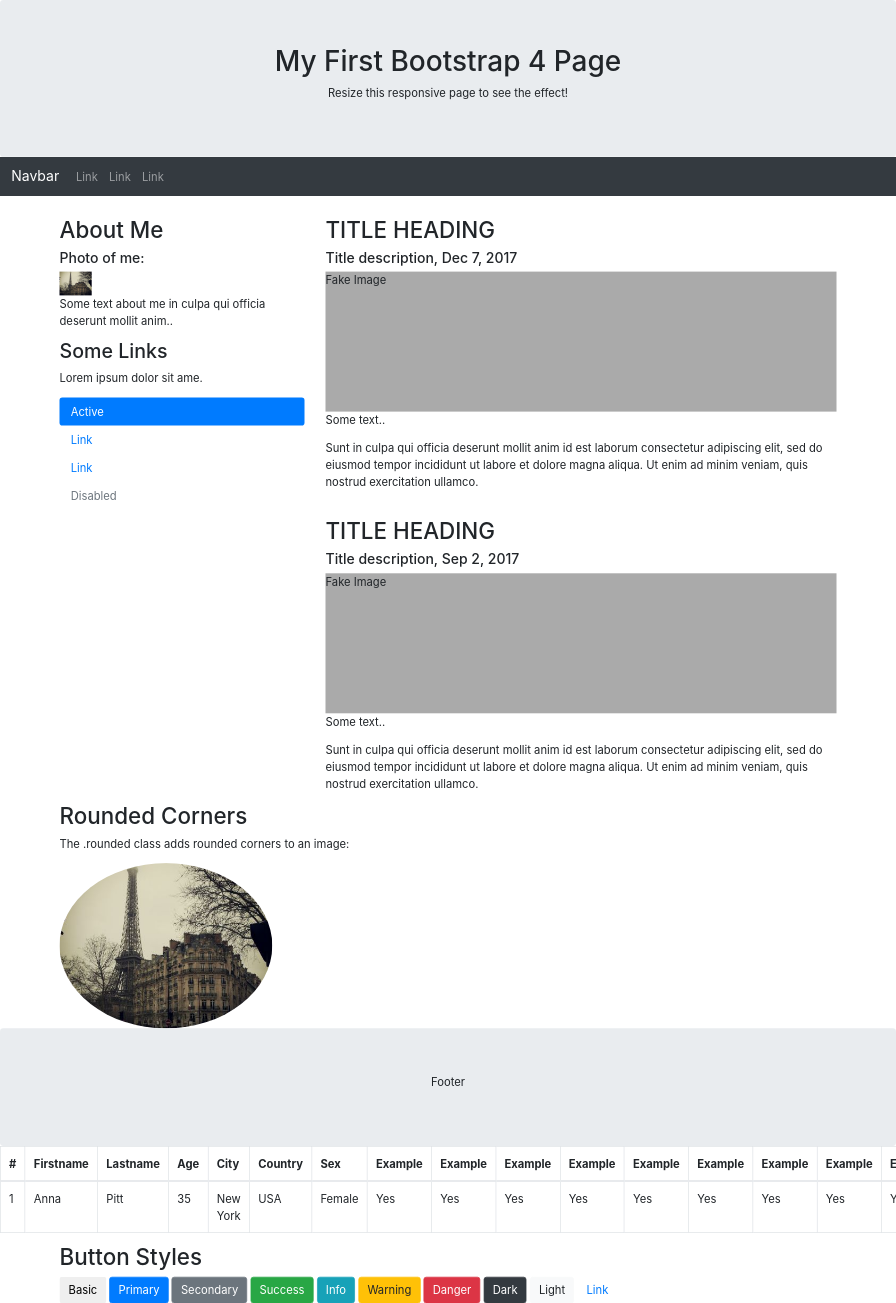
Repository: Anusha-Shilamkoti/Anusha
Page: MyFirstWebProject/WebContent/index.html
The author's editor kept a copy of each file at every save. The page is drawn from the files as they stood at one save, then again after the next save.
The browser window is 1280 px wide. The pictures show the whole page, at 70% of full size.

Above is the page before, as saved 2020-01-18 12:02:20.

### MyFirstWebProject/WebContent/index.html
<!DOCTYPE html>
<html lang="en">
<head>
  <title>Bootstrap 4 Website Example</title>
  <meta charset="utf-8">
  <head>
  <meta name="viewport" content="width=device-width, initial-scale=1">
  <link rel="stylesheet" href="Bootstrap/css/bootstrap.min.css">
  <script src="https://ajax.googleapis.com/ajax/libs/jquery/3.3.1/jquery.min.js"></script>
  <script src="Bootstrap/js/bootstrap.min.js"></script>
<style>
  .fakeimg {
    height: 200px;
    background: #aaa;
  }
  </style>
</head>
<body>

<div class="jumbotron text-center" style="margin-bottom:0">
  <h1>My First Bootstrap 4 Page</h1>
  <p>Resize this responsive page to see the effect!</p>
</div>

<nav class="navbar navbar-expand-sm bg-dark navbar-dark">
  <a class="navbar-brand" href="#">Navbar</a>
  <button class="navbar-toggler" type="button" data-toggle="collapse" data-target="#collapsibleNavbar">
    <span class="navbar-toggler-icon"></span>
  </button>
  <div class="collapse navbar-collapse" id="collapsibleNavbar">
    <ul class="navbar-nav">
      <li class="nav-item">
        <a class="nav-link" href="#">Link</a>
      </li>
      <li class="nav-item">
        <a class="nav-link" href="#">Link</a>
      </li>
      <li class="nav-item">
        <a class="nav-link" href="#">Link</a>
      </li>
    </ul>
  </div>
</nav>

<div class="container" style="margin-top:30px">
  <div class="row">
    <div class="col-md-4">
      <h2>About Me</h2>
      <h5>Photo of me:</h5>
      <div>
      <img alt="Anusha" src="image\paris.jpg"  width="46" height="34">
      </div>
      <p>Some text about me in culpa qui officia deserunt mollit anim..</p>
      <h3>Some Links</h3>
      <p>Lorem ipsum dolor sit ame.</p>
      <ul class="nav nav-pills flex-column">
        <li class="nav-item">
          <a class="nav-link active" href="#">Active</a>
        </li>
        <li class="nav-item">
          <a class="nav-link" href="#">Link</a>
        </li>
        <li class="nav-item">
          <a class="nav-link" href="#">Link</a>
        </li>
        <li class="nav-item">
          <a class="nav-link disabled" href="#">Disabled</a>
        </li>
      </ul>
      <hr class="d-sm-none">
    </div>
    <div class="col-sm-8">
      <h2>TITLE HEADING</h2>
      <h5>Title description, Dec 7, 2017</h5>
      <div class="fakeimg">Fake Image</div>
      <p>Some text..</p>
      <p>Sunt in culpa qui officia deserunt mollit anim id est laborum consectetur adipiscing elit, sed do eiusmod tempor incididunt ut labore et dolore magna aliqua. Ut enim ad minim veniam, quis nostrud exercitation ullamco.</p>
      <br>
      <h2>TITLE HEADING</h2>
      <h5>Title description, Sep 2, 2017</h5>
      <div class="fakeimg">Fake Image</div>
      <p>Some text..</p>
      <p>Sunt in culpa qui officia deserunt mollit anim id est laborum consectetur adipiscing elit, sed do eiusmod tempor incididunt ut labore et dolore magna aliqua. Ut enim ad minim veniam, quis nostrud exercitation ullamco.</p>
    </div>
  </div>
</div>
<div class="container">
  <h2>Rounded Corners</h2>
  <p>The .rounded class adds rounded corners to an image:</p>
  <img src="image/paris.jpg" class="rounded-circle" alt="Cinque Terre" width="304" height="236">
</div>

<div class="jumbotron text-center" style="margin-bottom:0">
  <p>Footer</p>
</div>
 <div class="table-responsive">
    <table class="table table-bordered">
      <thead>
        <tr>
          <th>#</th>
          <th>Firstname</th>
          <th>Lastname</th>
          <th>Age</th>
          <th>City</th>
          <th>Country</th>
          <th>Sex</th>
          <th>Example</th>
          <th>Example</th>
          <th>Example</th>
          <th>Example</th>
          <th>Example</th>
          <th>Example</th>
          <th>Example</th>
          <th>Example</th>
          <th>Example</th>
          <th>Example</th>
          <th>Example</th>
          <th>Example</th>
        </tr>
      </thead>
      <tbody>
        <tr>
          <td>1</td>
          <td>Anna</td>
          <td>Pitt</td>
          <td>35</td>
          <td>New York</td>
          <td>USA</td>
          <td>Female</td>
          <td>Yes</td>
          <td>Yes</td>
          <td>Yes</td>
          <td>Yes</td>
          <td>Yes</td>
          <td>Yes</td>
          <td>Yes</td>
          <td>Yes</td>
          <td>Yes</td>
          <td>Yes</td>
          <td>Yes</td>
          <td>Yes</td>
        </tr>
      </tbody>
    </table>
  </div>

<div class="container">
  <h2>Button Styles</h2>
  <button type="button" class="btn">Basic</button>
  <button type="button" class="btn btn-primary">Primary</button>
  <button type="button" class="btn btn-secondary">Secondary</button>
  <button type="button" class="btn btn-success">Success</button>
  <button type="button" class="btn btn-info">Info</button>
  <button type="button" class="btn btn-warning">Warning</button>
  <button type="button" class="btn btn-danger">Danger</button>
  <button type="button" class="btn btn-dark">Dark</button>
  <button type="button" class="btn btn-light">Light</button>
  <button type="button" class="btn btn-link">Link</button>
</div>
</body>
</html>

Loaded but not shown: MyFirstWebProject/WebContent/Bootstrap/css/bootstrap.min.css (library); MyFirstWebProject/WebContent/Bootstrap/js/bootstrap.min.js (library)

After the next save:
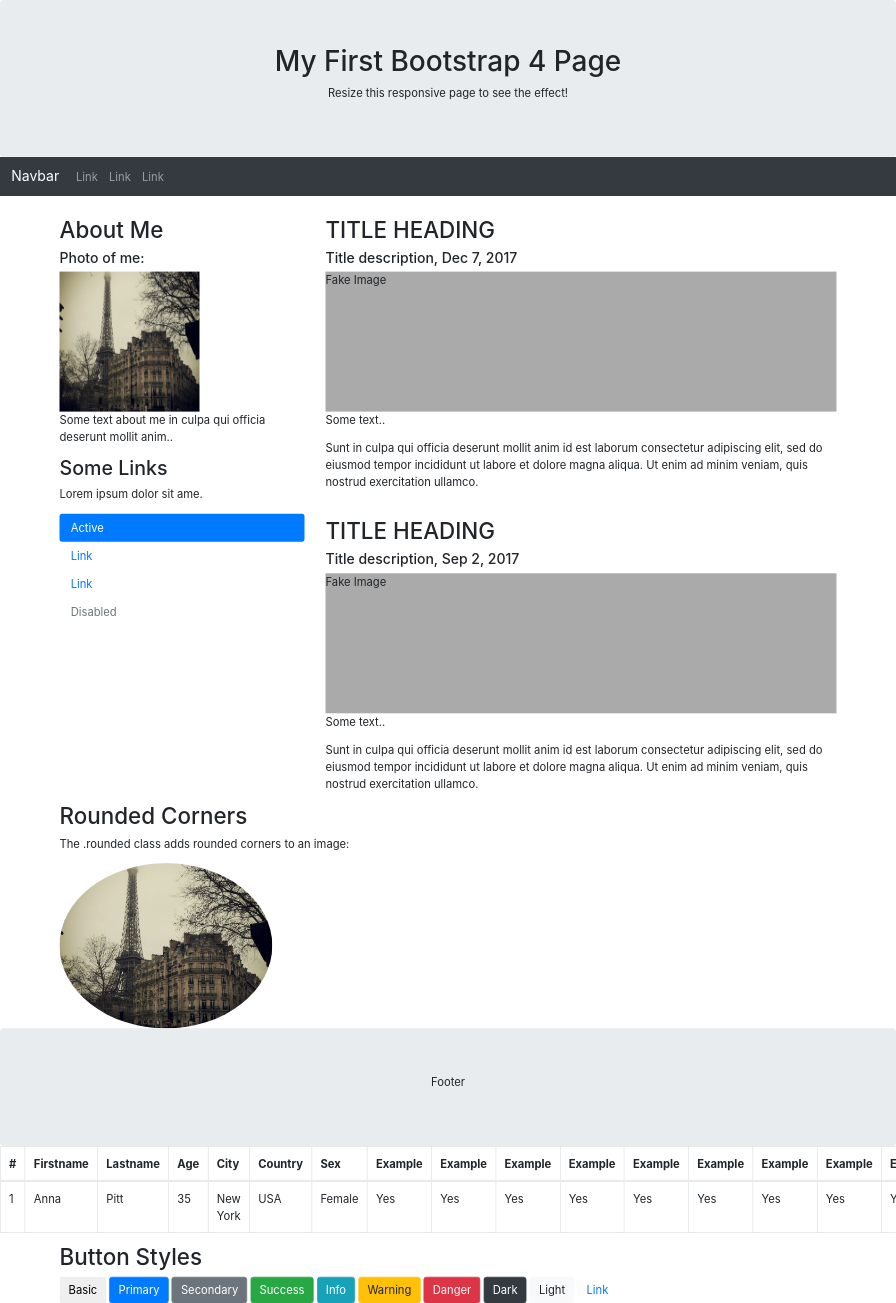
Saved 22 s later.
--- a/MyFirstWebProject/WebContent/index.html
+++ b/MyFirstWebProject/WebContent/index.html
@@ -48,7 +48,7 @@
       <h2>About Me</h2>
       <h5>Photo of me:</h5>
       <div>
-      <img alt="Anusha" src="image\paris.jpg"  width="46" height="34">
+      <img alt="Anusha" src="image\paris.jpg"  width="200" height="200">
       </div>
       <p>Some text about me in culpa qui officia deserunt mollit anim..</p>
       <h3>Some Links</h3>
